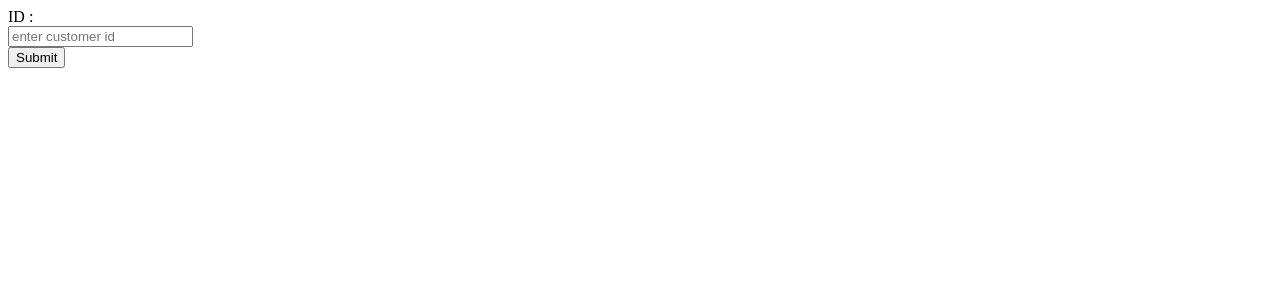
Repository: Sridharreddy597/bcjdecember2016git
Page: http://localhost/restclientAJAX/views/getfrm.jsp
The author's editor kept a copy of each file at every save. The page is drawn from the files as they stood at one save, then again after the next save.
The browser window is 1280 px wide. The pictures show the whole page.
Some web libraries are served in a nearby version. The page is served by Tomcat 9. Nobody is signed in. The application's start-up code is not run. Other server files are loaded and not shown.

Above is the page before, as saved 2017-06-16 14:25:32.

### restclientAJAX/src/main/webapp/views/getfrm.jsp
<%@ page language="java" contentType="text/html; charset=ISO-8859-1"
	pageEncoding="ISO-8859-1"%>


<!DOCTYPE html PUBLIC "-//W3C//DTD HTML 4.01 Transitional//EN" "http://www.w3.org/TR/html4/loose.dtd">
<html>
<head>
<meta http-equiv="Content-Type" content="text/html; charset=ISO-8859-1">
<title>Insert title here</title>



<script
	src="https://ajax.googleapis.com/ajax/libs/jquery/3.2.1/jquery.min.js"></script>

</head>
<body>
<div>

	<form commandName="cust" action="getfrm" method="GET" id="submitGetForm">
		ID :<br> <input type="text" class="form-control" name="id" id="id"
			placeholder="enter customer id " required> <br> <input
			type="submit" value="Submit">
	</form>
	<div  id="result1"> </div>
</div>

	<script>

		$(document).ready(function() {
		$('#submitGetForm').submit(function(e) {
		e.preventDefault();
		var id1 = $('#id').val();
		console.log(id1);
		$.ajax({contentType : 'application/json; charset=utf-8',
		type : 'GET',
		url : '/restclient/getfrm/'+id1,
		success : function(customer) {

	  $("#result1").append('<li>     id : '+ customer.id+ ',   firstname : '+ customer.firstName+ ', lastName : '+ customer.lastName+ '</li>');


				}
			});
		});
	});

		/*
			 $(document).ready(function() {

				$('#submitGetForm').submit(function(e) {

					var frm = $('#submitGetForm');
					e.preventDefault();

					var data = {}
					var Form = this;

					//Gather Data also remove undefined keys(buttons)
					$.each(this, function(i, v) {
						var input = $(v);

						data[input.attr("name")] = input.val();
						delete data["undefined"];
					});
					$.ajax({
						contentType : 'application/json; charset=utf-8',
						type : frm.attr('method'),
						url : frm.attr('action'),
						success : function(data) {
							$("#div2").html('');
							var div2Content = '';
							for (var i = 0; i < data.length; i++) {
								div2Content += '<p>' + data[i].Name + '</p>'; // if Name is property of your Person object
							}
							$("#div2").append(div2Content);
						},
						error : function() {
							$(this).text("Error!");
						}
					});
				});
			}); */
	</script>

</body>
</html>

After the next save:
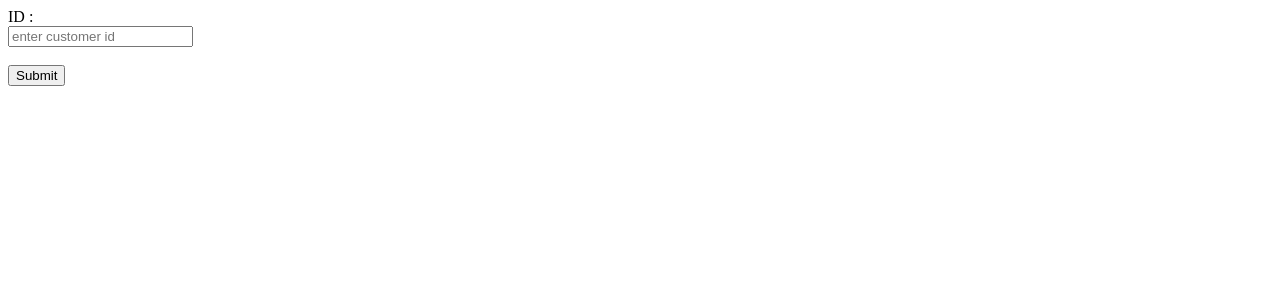
Saved 60 min 16 s later.
--- a/restclientAJAX/src/main/webapp/views/getfrm.jsp
+++ b/restclientAJAX/src/main/webapp/views/getfrm.jsp
@@ -19,7 +19,9 @@
 
 	<form commandName="cust" action="getfrm" method="GET" id="submitGetForm">
 		ID :<br> <input type="text" class="form-control" name="id" id="id"
-			placeholder="enter customer id " required> <br> <input
+			placeholder="enter customer id " required> <br>
+
+			<br><input
 			type="submit" value="Submit">
 	</form>
 	<div  id="result1"> </div>
